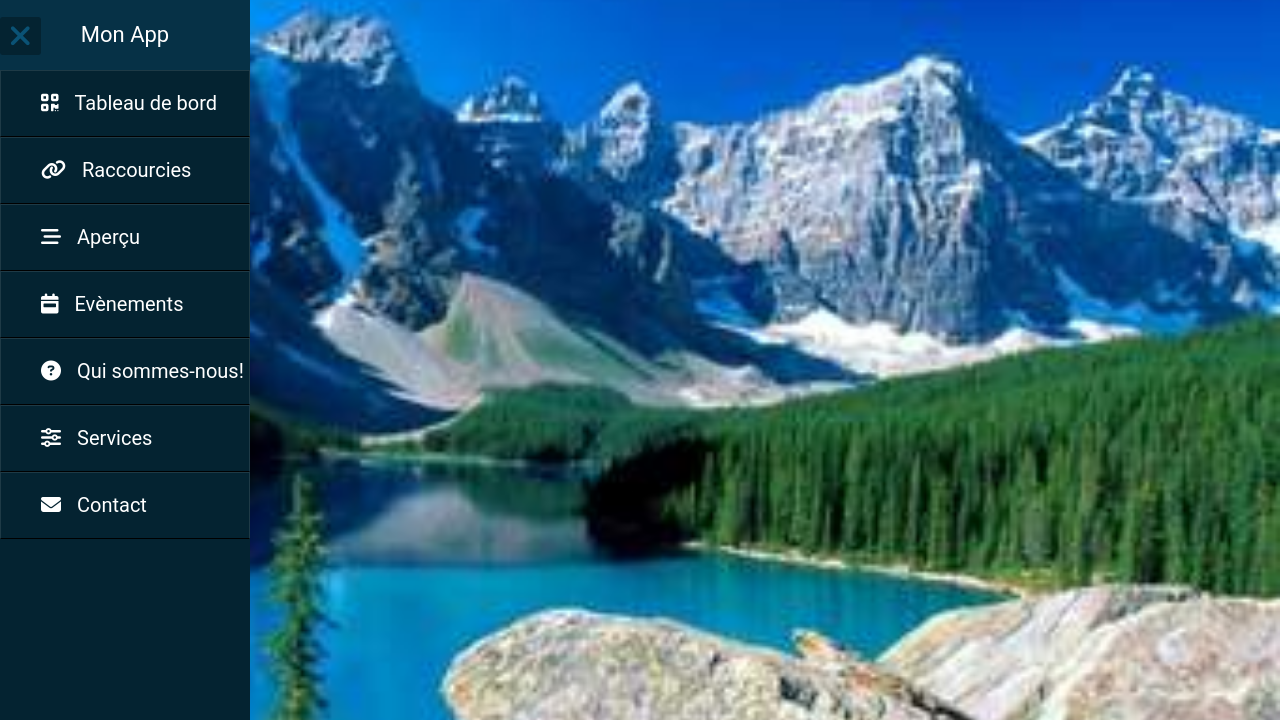
Repository: Alex-Serky/Dossier-Nav
Page: Nav-Sidebar/index.html
These files come from the project's save history. The page is drawn as it stood at one moment and after the next save; the edit follows.
The browser window is 1280 px wide. The pictures show the whole page.
The first `#check` is checked.
Some web libraries are served in a nearby version.

Above is the page before, as saved 2020-02-21 14:08:53.

### Nav-Sidebar/index.html
<!DOCTYPE html>
<html lang="en">

<head>
    <meta charset="UTF-8">
    <meta name="viewport" content="width=device-width, initial-scale=1.0">
    <meta http-equiv="X-UA-Compatible" content="ie=edge">
    <link rel="stylesheet" href="style.css">
    <script src="https://kit.fontawesome.com/a076d05399.js"></script>
    <title>Menu design</title>
</head>

<body>
    <input type="checkbox" id="check">
    <label for="check">
        <i class="fas fa-bars" id="btn"></i>
        <i class="fas fa-times" id="cancel"></i>
    </label>
    <div class="sidebar">
        <header>Mon App</header>
        <ul>
            <li><a href="#"><i class="fas fa-qrcode"></i>Tableau de bord</a></li>
            <li><a href="#"><i class="fas fa-link"></i>Raccourcies</a></li>
            <li><a href="#"><i class="fas fa-stream"></i>Aperçu</a></li>
            <li><a href="#"><i class="fas fa-calendar-week"></i>Evènements</a></li>
            <li><a href="#"><i class="fas fa-question-circle"></i>Qui sommes-nous!</a></li>
            <li><a href="#"><i class="fas fa-sliders-h"></i>Services</a></li>
            <li><a href="#"><i class="fas fa-envelope"></i>Contact</a></li>
        </ul>
    </div>
    <section>

    </section>
</body>

</html>

### Nav-Sidebar/style.css
@import url('https://fonts.googleapis.com/');

body {
  font-family: 'Roboto', sans-serif;
}

* {
  margin: 0;
  padding: 0%;
  list-style: none;
  text-decoration: none;
}

.sidebar {
  position: fixed;
  left: -250px;
  width: 250px;
  height: 100%;
  background: #042331;
  transition: all .5s ease;
}

.sidebar header {
  font-size: 22px;
  color: white;
  text-align: center;
  line-height: 70px;
  background: #063146;
  user-select: none;
}

.sidebar ul a {
  display: block;
  height: 100%;
  width: 100%;
  line-height: 65px;
  font-size: 20px;
  color: white;
  padding-left: 40px;
  box-sizing: border-box;
  border: 1px solid rgba(255, 255, 255, .1);
  border-bottom: 1px solid black;
}

ul li:hover a {
  padding-left: 50px;
}

.sidebar ul a i {
  margin-right: 16px;
}

#check {
  display: none;
}

label #btn,
label #cancel {
  position: absolute;
  cursor: pointer;
  background: #042331;
  border-radius: 3px;
}

label #btn {
  left: 40px;
  top: 25px;
  font-size: 35px;
  color: white;
  padding: 6px 12px;
  transition: all .5s;
}

label #cancel {
  z-index: 1111;
  left: -195px;
  top: 17px;
  font-size: 30px;
  color: #0a5275;
  padding: 4px 9px;
  transition: all .5s ease;
}

#check:checked~.sidebar {
  left: 0;
}

#check:checked~label #btn {
  left: 250px;
  opacity: 0;
  pointer-events: none;
}

#check:checked~label #cancel {
  margin-left: 195px;
}

#check:checked~section {
  left: 195px;
}

section {
  background: url('background.jpg') no-repeat;
  background-position: center;
  background-size: cover;
  height: 100vh;
}

After the next save:
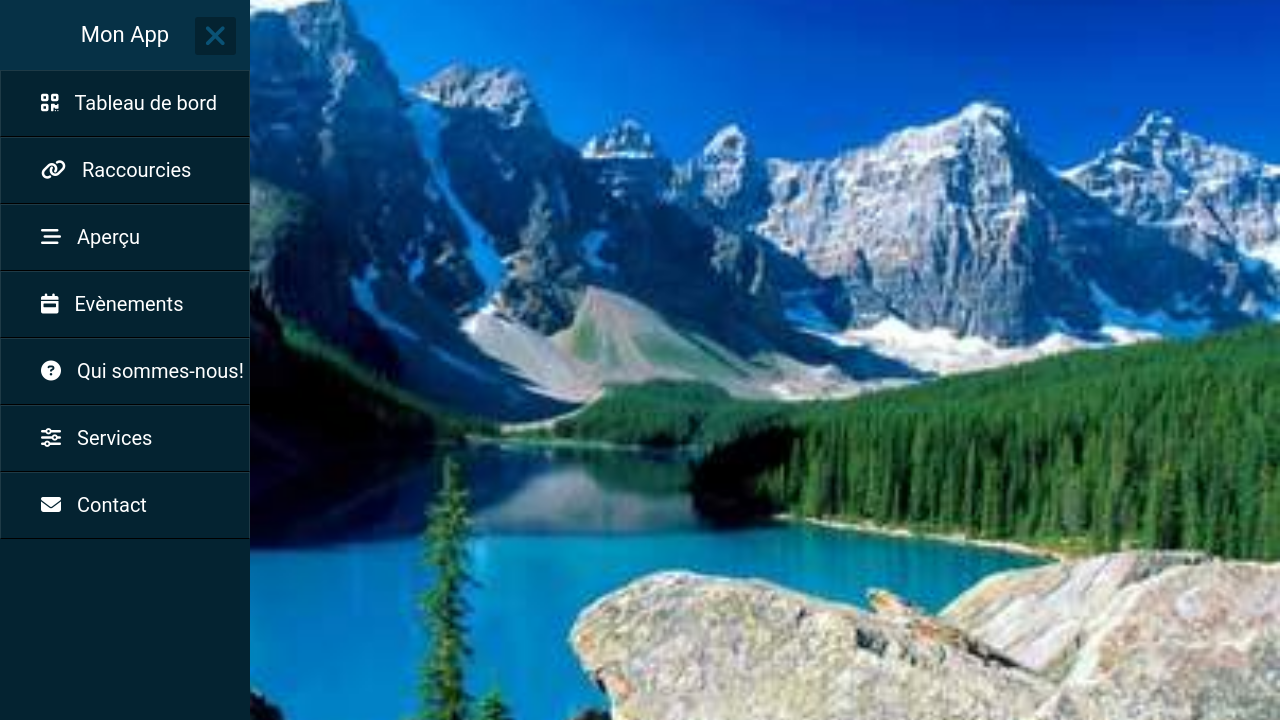
Saved 58 s later.
--- a/Nav-Sidebar/style.css
+++ b/Nav-Sidebar/style.css
@@ -92,11 +92,11 @@ label #cancel {
 }
 
 #check:checked~label #cancel {
-  margin-left: 195px;
+  left: 195px;
 }
 
 #check:checked~section {
-  left: 195px;
+  margin-left: 195px;
 }
 
 section {
